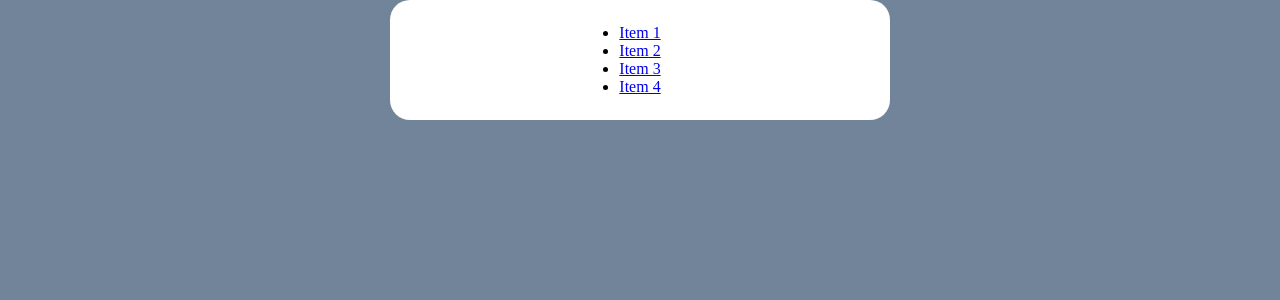
Repository: Artltzz/menu-animado
Page: index.html
An editor plug-in stored every save of this project. The page is shown before and after a run of saves, followed by the edit.
The browser window is 1280 px wide. The pictures show the whole page.
Some icons come from a web library that is not loaded, so they are not drawn.

Above is the page before, as saved 2025-12-27 11:58:50.

### index.html
<!DOCTYPE html>
<html lang="pt-br">
<head>
    <meta charset="UTF-8">
    <meta name="viewport" content="width=device-width, initial-scale=1.0">
    <title>Document</title>
    <link rel="stylesheet" href="style.css">
    <link href='https://cdn.boxicons.com/3.0.6/fonts/basic/boxicons.min.css' rel='stylesheet'>
</head>
<body>

    <div class="header">
            <ul>
                <li>
                    <i class='bxr  bx-home'></i>
                    <a href="#">Item 1</a>
                </li>
                <li>
                    <i class='bxr  bx-user'></i>
                    <a href="#">Item 2</a>
                </li>
                <li>
                    <i class='bxr  bx-search'></i>

                    <a href="#">Item 3</a>
                </li>
                    <li>
                        <i class='bxr  bx-message-circle'></i>

                    <a href="#">Item 4</a>
                </li>

            </ul>


    </div>

    <script src="index.js"></script>

</body>
</html>

### style.css
*{
    margin: 0;
    padding: 0;
    box-sizing: border-box;
}

body{
    height: 100vh;
    background: #728499;
    display: flex;
    justify-content: center;

}

.header{
    position: relative;
    height: 120px;
    width: 500px;
    background: white;
    border-radius: 20px;
    display: flex;
    align-items: center;
    justify-content: center;
}

.header ul{

}

Loaded but not shown: index.js (no stored copy; drawn as an empty file)

After the next 3 saves:
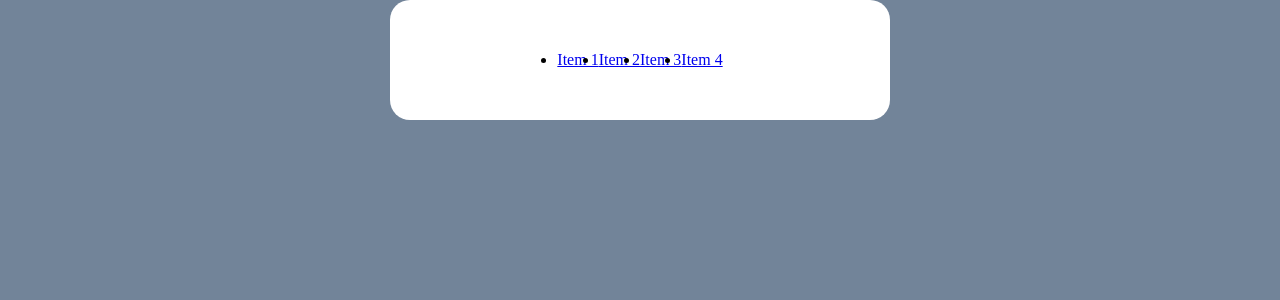
The 3 saves are shown as one change because they came seconds apart.
The last was saved 9 s later.
--- a/style.css
+++ b/style.css
@@ -24,5 +24,6 @@
 }
 
 .header ul{
-
+    position: relative;
+    display: flex;
 }
